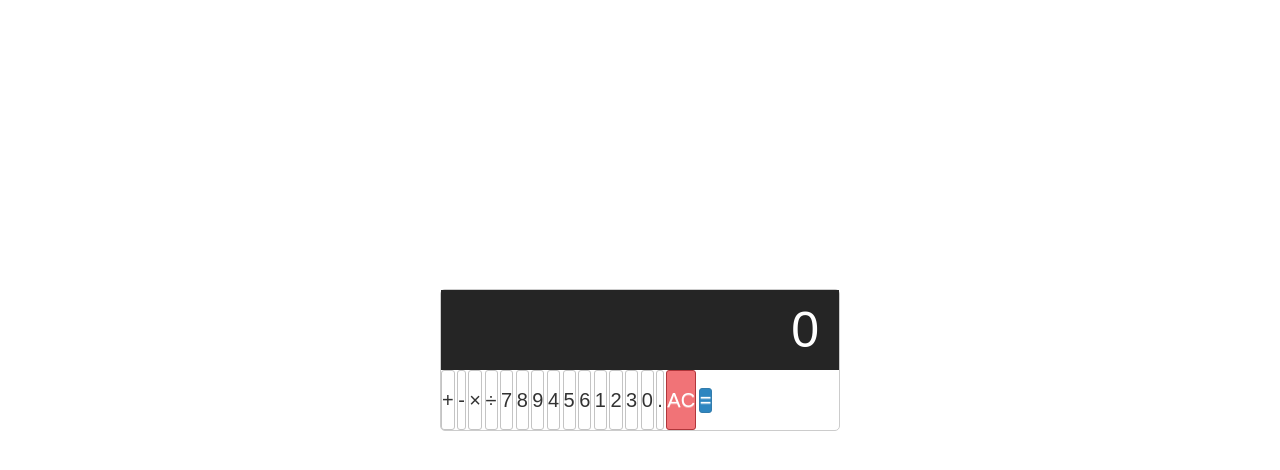
Repository: pothupreethi/Javascript
Page: javaScript/js-assignments/assignment-4/calculator.html
The author's editor kept a record of every edit. The page is drawn from the files as they stood at one moment, then again after the next edit.
The browser window is 1280 px wide. The pictures show the whole page.
The pointer rests on the first visible `.all-clear`.

Above is the page before.

After the next edit:
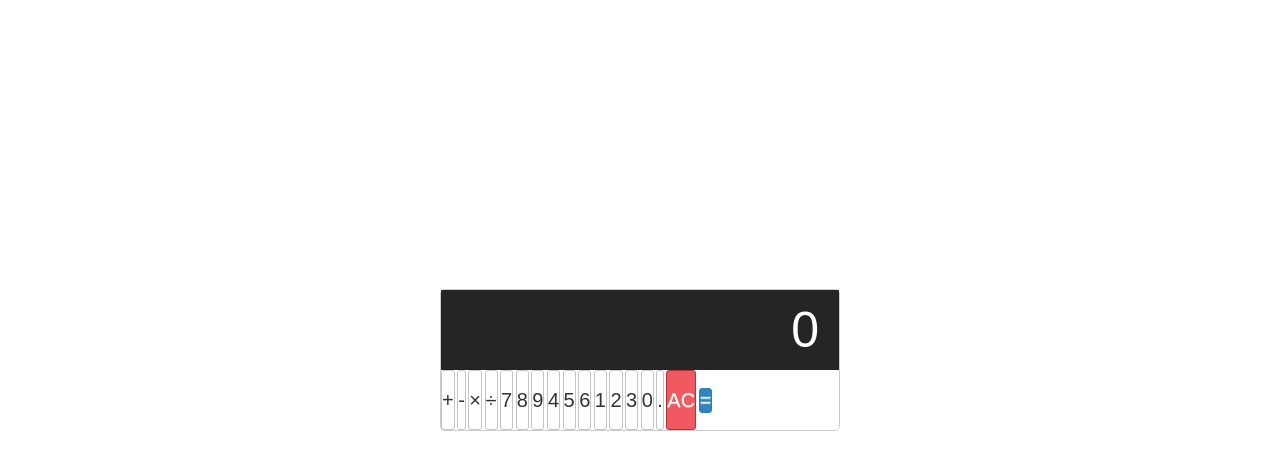
The edit:
--- a/javaScript/js-assignments/assignment-4/calculator.css
+++ b/javaScript/js-assignments/assignment-4/calculator.css
@@ -120,9 +120,7 @@
     color: #fff;
 }
 
-.all-clear:hover {
-    background-color: #f17377;
-}
+
 
 .equal-sign {
     background-color: #2e86c0;
